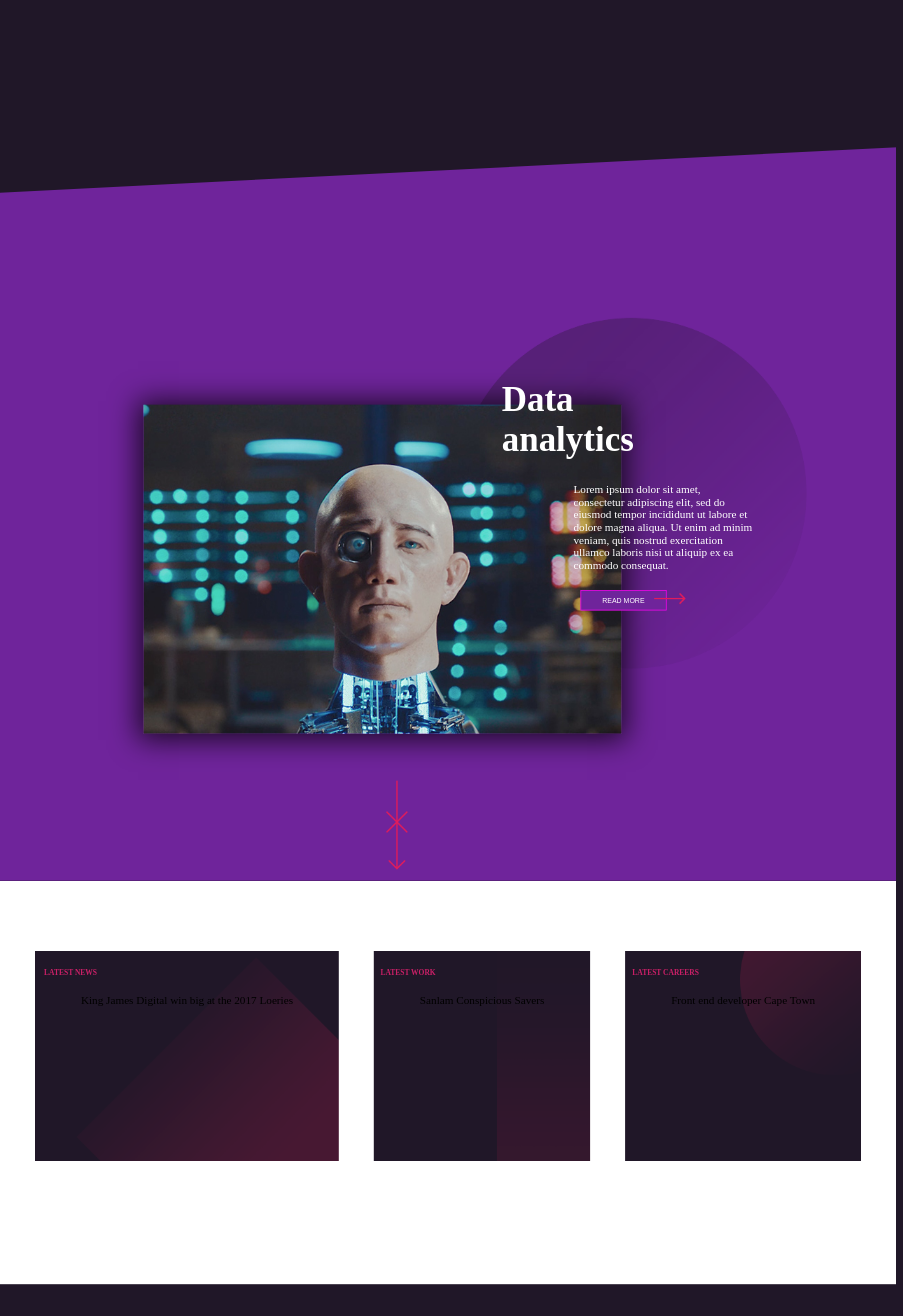
Repository: Ajtheult/King-James-Site
Page: index.html
These files come from the project's save history. The page is drawn as it stood at one moment and after the next save; the edit follows.
The browser window is 1280 px wide. The page is 1290 px wide, so the pictures cover 1290 px, including what lies to the right of the window. The pictures show the part of the page from y = 2051 to 3931 px (the page is 3931 px tall), at 70% of full size.
Some web fonts or font styles are not loaded; a fallback is used. The style sheet was rebuilt from its Sass, Less or Tailwind sources for each picture, by a compiler version that may differ from the author's.

Above is the page before, as saved 2020-08-21 14:34:11.

After the next save:
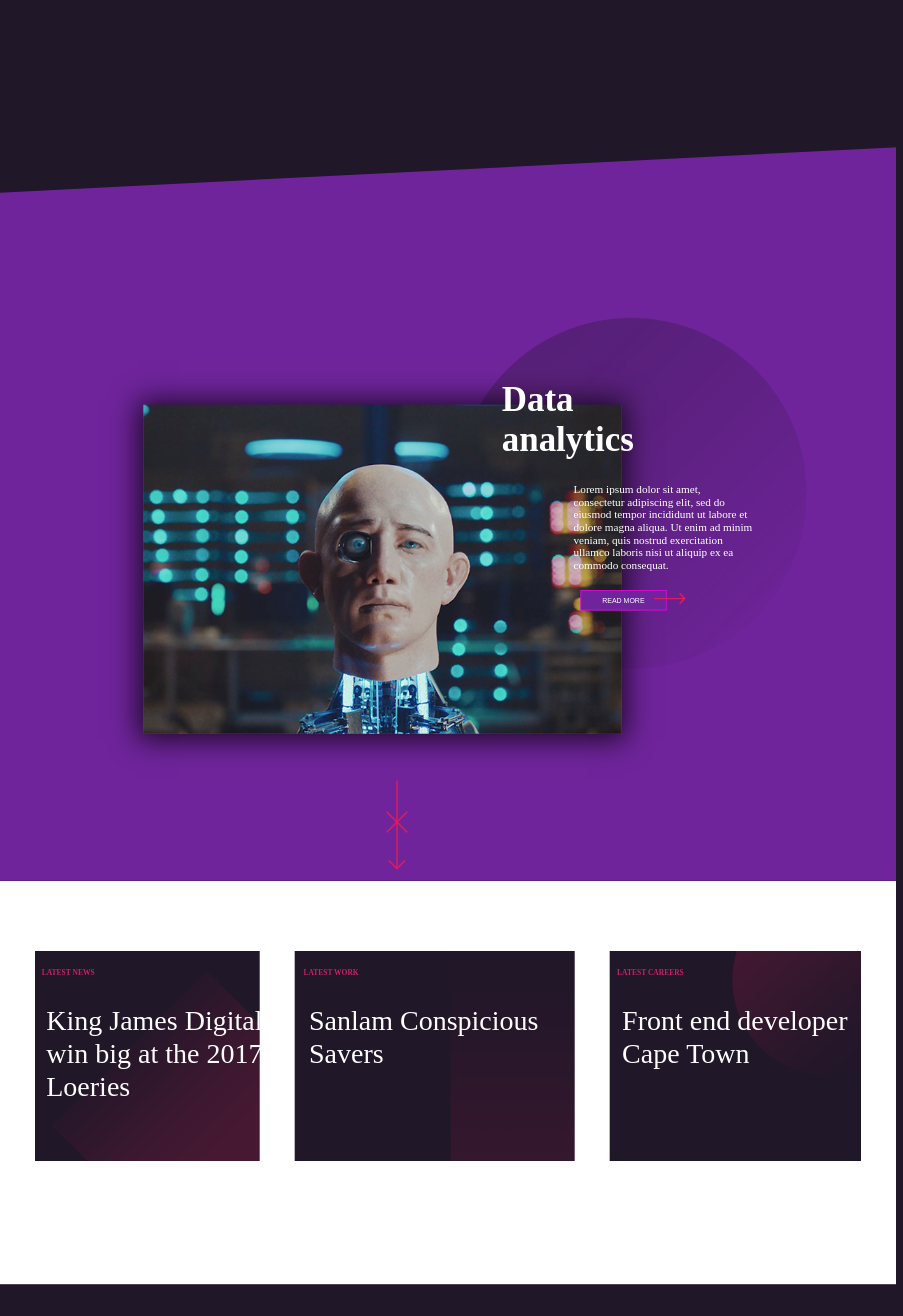
Saved 9 s later.
--- a/styling/index.scss
+++ b/styling/index.scss
@@ -183,7 +183,7 @@ body {
         padding-left: 3%;
         font-family: "Gruppo", cursive;
       }
-      h3 {
+      p {
         color: white;
         font-size: 250%;
         width: 100%;
